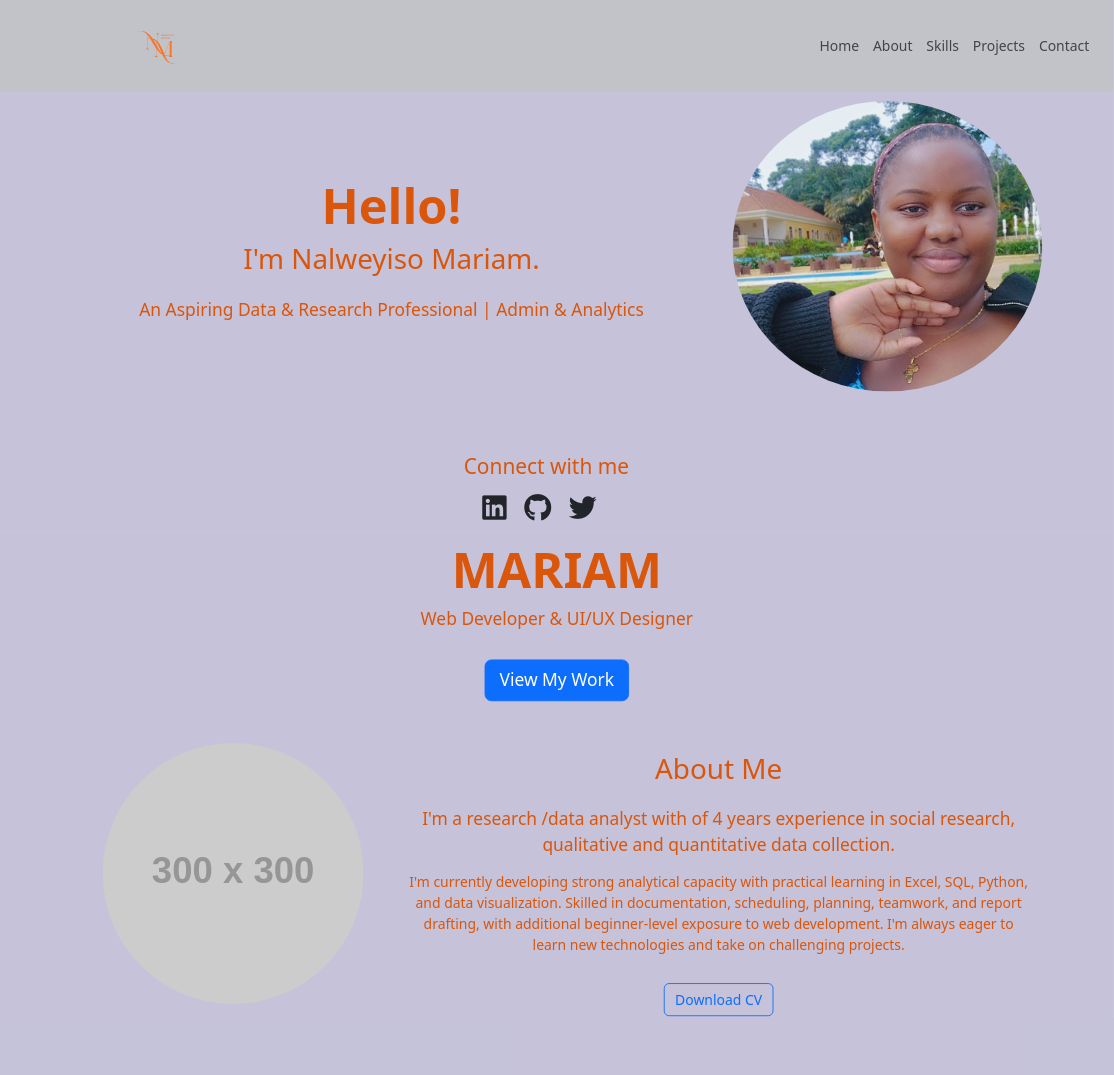
Repository: NalweMari/My-Personal-Portfolio
Page: index.html
The author's editor kept a copy of each file at every save. The page is drawn from the files as they stood at one save, then again after the next save.
The browser window is 1280 px wide. The pictures show the whole page, at 87% of full size.

Above is the page before, as saved 2025-11-27 22:12:02.
Console error (its wording comes from the project's code and is left out).

After the next save:
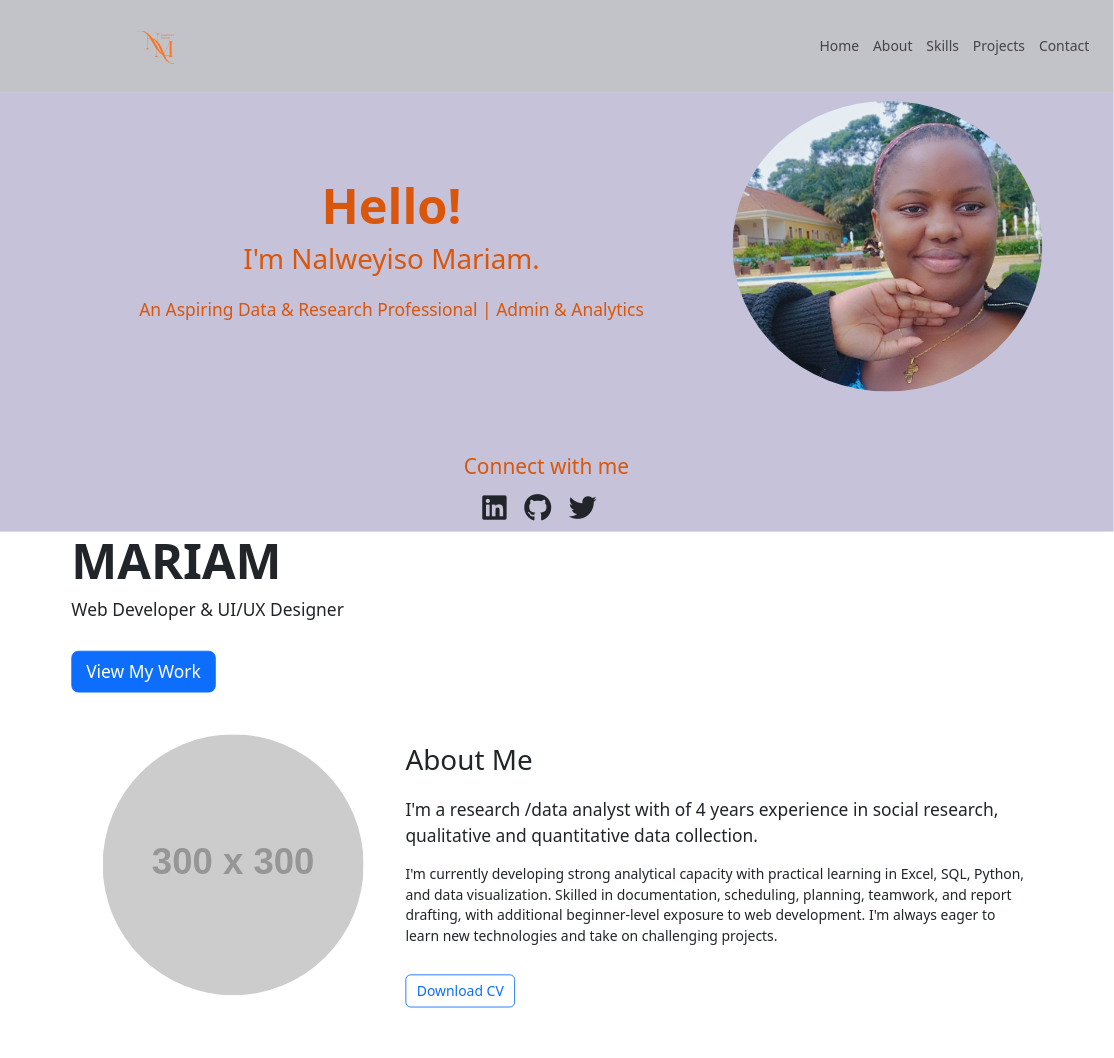
Saved 9 s later.
--- a/index.html
+++ b/index.html
@@ -77,7 +77,7 @@
     </section>
     <!-- About Section -->
 
-      <section id="about" class="hero-section text-center">
+      <section id="about" class="">
         <div class="container">
             <h1 class="display-4 fw-bold">MARIAM</h1>
             <p class="lead">Web Developer & UI/UX Designer</p>
